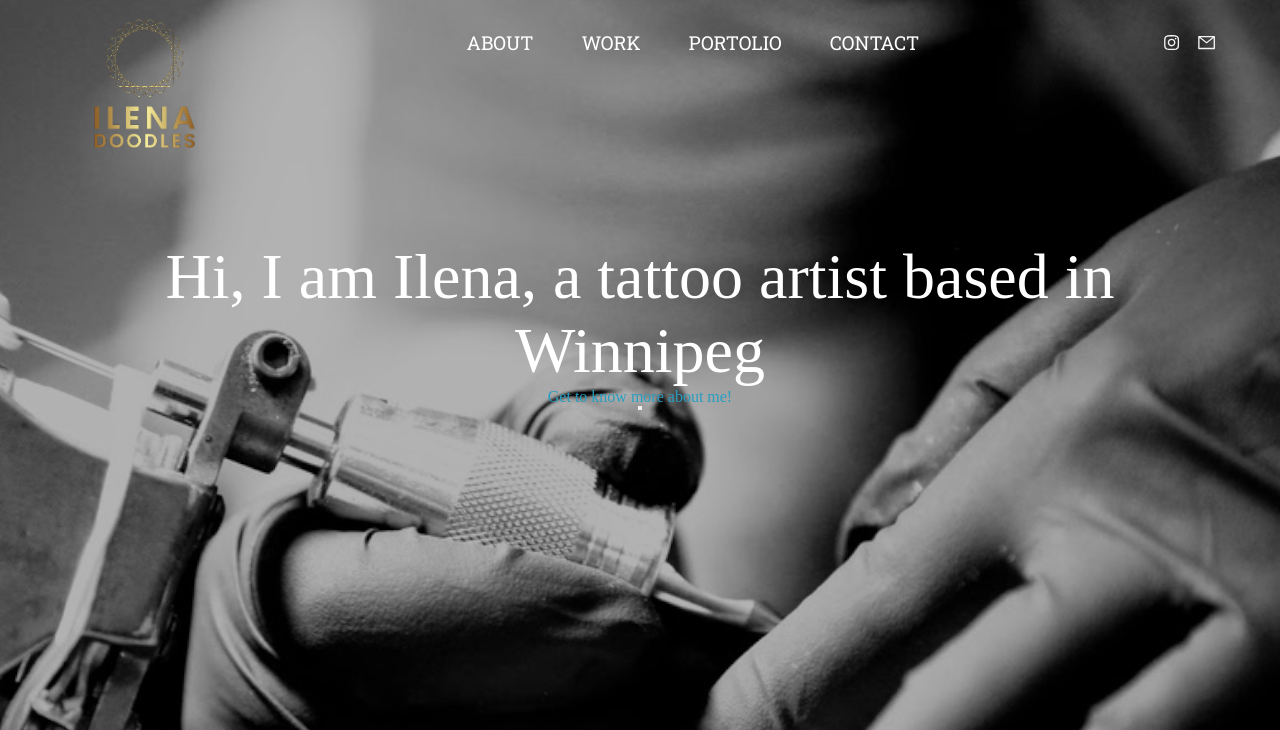
Repository: Leoka2000/Ilena
Page: /
An editor plug-in stored every save of this project. The page is shown before and after a run of saves, followed by the edit.
The browser window is 1280 px wide. The pictures show the whole page.
Some web fonts or font styles are not loaded; a fallback is used. The project was rebuilt for these pictures with package versions that can differ from the ones it lists, and the page was loaded fresh each time. Also part of the build but not shown: src/App.css.

Above is the page before, as saved 2023-03-02 11:17:49.

### public/index.html
<!DOCTYPE html>
<html lang="en">
  <head>
    <meta charset="utf-8" />
    <link rel="icon" href="%PUBLIC_URL%/favicon.ico" />
    <meta name="viewport" content="width=device-width, initial-scale=1" />
    <meta name="theme-color" content="#000000" />
    <meta
      name="description"
      content="Web site created using create-react-app"
    />
    <link rel="apple-touch-icon" href="%PUBLIC_URL%/logo192.png" />
    <!--
      manifest.json provides metadata used when your web app is installed on a
      user's mobile device or desktop. See https://developers.google.com/web/fundamentals/web-app-manifest/
    -->

    <!-- Gloock -->
    <link rel="preconnect" href="https://fonts.googleapis.com">
<link rel="preconnect" href="https://fonts.gstatic.com" crossorigin>
<link href="https://fonts.googleapis.com/css2?family=Fira+Sans+Extra+Condensed:wght@300&family=Inter:wght@300;400;500;600;700&family=Roboto+Condensed:wght@300&family=Roboto+Slab:wght@400;500;600&display=swap" rel="stylesheet">
    <!-- Gloock -->
    <!-- FONT MULISH -->
    <link rel="preconnect" href="https://fonts.googleapis.com">
<link rel="preconnect" href="https://fonts.gstatic.com" crossorigin>
<link href="https://fonts.googleapis.com/css2?family=Fira+Sans+Extra+Condensed:wght@300&family=Inter:wght@300;400;500;600;700&family=Roboto+Condensed:wght@300&family=Roboto+Slab:wght@400;500;600&display=swap" rel="stylesheet">
    <!-- FONT MULISH -->
    <link rel="manifest" href="%PUBLIC_URL%/manifest.json" />
    <!--
      Notice the use of %PUBLIC_URL% in the tags above.
      It will be replaced with the URL of the `public` folder during the build.
      Only files inside the `public` folder can be referenced from the HTML.

      Unlike "/favicon.ico" or "favicon.ico", "%PUBLIC_URL%/favicon.ico" will
      work correctly both with client-side routing and a non-root public URL.
      Learn how to configure a non-root public URL by running `npm run build`.
    -->
    <title>React App</title>
  </head>
  <body>
    <noscript>You need to enable JavaScript to run this app.</noscript>
    <div id="root"></div>
    <!--
      This HTML file is a template.
      If you open it directly in the browser, you will see an empty page.

      You can add webfonts, meta tags, or analytics to this file.
      The build step will place the bundled scripts into the <body> tag.

      To begin the development, run `npm start` or `yarn start`.
      To create a production bundle, use `npm run build` or `yarn build`.
    -->
  </body>
</html>

### src/App.js
import Home from './pages/home/home'
import './App.css';
import Navbar from './components/navbar';

function App() {
  return (
    <>
      <Navbar/>
    <Home/>
    </>
  );
}

export default App;

### src/pages/home/home.js
import React from 'react'
import Hero from '../hero/hero'


const home = () => {
  return (
    <>
      <Hero/>
    </>
  )
}

export default home

### src/components/navbar.jsx
import React, { useRef, useState } from 'react'
import './navbar.css'
import { AiOutlineInstagram } from 'react-icons/ai'
import { AiOutlineMail } from 'react-icons/ai'
import Logo from '../assets/brand/logo.png'
import { FaBars } from 'react-icons/fa'
import { FaTimes } from 'react-icons/fa'
import { Link } from 'react-scroll'

const Navbar = () => {
  const navRef = useRef();

  const showNavbar = () => {
    navRef.current.classList.toggle("responsive_nav");
  };

  return (
    <div className='navbar-renderer'>
      <nav ref={navRef}>
        <img src={Logo} />
        <ul>
          <li><Link onClick={showNavbar} spy={true} smooth={true} offset={100} duration={500}>ABOUT</Link></li>
          <li><Link onClick={showNavbar} spy={true} smooth={true} offset={100} duration={500}>WORK</Link></li>
          <li><Link onClick={showNavbar} spy={true} smooth={true} offset={100} duration={500}>PORTOLIO</Link></li>
          <li><Link onClick={showNavbar} spy={true} smooth={true} offset={100} duration={500}>CONTACT</Link></li>
        </ul>
        <div className='navbar-icons-wrapper'>
          <a><AiOutlineInstagram /></a>
          <a><AiOutlineMail /></a>
        </div>
        <button
          className="close"
          onClick={showNavbar}>
          <FaTimes />
        </button>
      </nav>

      <button onClick={showNavbar} className='bars-button'>
        <FaBars className='bars' />
      </button>
    </div>
  )
}

export default Navbar

### src/pages/hero/hero.js
import React from 'react'
import './hero.css'

const hero = () => {
  return (
    <section className='hero-section'>
      <h1>Hi, I am Ilena, a tattoo artist based in Winnipeg</h1>
      <p>Get to know more about me!</p>
      <button></button>
    </section>
  )
}

export default hero

### src/components/navbar.css
.navbar-renderer {
    display: flex;
    justify-content: center;
    position: fixed;
    width: 100%;
    z-index: 1;
}
nav {
    display: flex;
    height: 85px;
background-color: transparent;
justify-content: space-between;
align-items: center;
width: 90%;
font-family: 'Fira Sans Extra Condensed', sans-serif;
font-family: 'Inter', sans-serif;
font-family: 'Roboto Condensed', sans-serif;
font-family: 'Roboto Slab', serif;

}
nav > img {
width: 10rem;
height: 10rem;
margin-top: 5rem;
}

nav > ul {
    display: flex;
    gap: 3rem;
    font-size: 1.2rem;
    color: white;
}
nav > ul > li:hover {
    color: rgb(133, 113, 0);
}
nav > ul > li {
   list-style: none;
   cursor: pointer;
   transition: 0.5s;

}
.navbar-icons-wrapper {
    display: flex;
    color: whitesmoke;
    font-size: 1.2rem;
    gap: 1rem;

}
.navbar-icons-wrapper > a > svg {
    transition: 0.4s;
}
.navbar-icons-wrapper > a > svg:hover {
    cursor: pointer;
    color: rgb(133, 113, 0);
}
.bars-button {
    position: fixed;
    right: 10rem;
    font-size: 2rem;
    background-color: transparent;
    outline: none;
    border: none;
    cursor: pointer;
    display: none;
}
.close {
    display: none;
}
@media only screen and (max-width: 1024px) {
    .bars-button {
        position: fixed;
        right: 1.5em;
        top: 1.5rem;
        font-size: 2rem;
        background-color: transparent;
        outline: none;
        border: none;
        cursor: pointer;
        display: flex;
    }
    .close {
        position: absolute;
		top: 1.5rem;
		right: 1.5rem;
        color: rgb(0, 0, 0);
        background: transparent;
	border: none;
	outline: none;
    display: flex;
    font-size: 1.7rem;
    cursor: pointer;
     }
    .responsive_nav{
		transform: none;
        display: flex;
        justify-content: flex-start;
		width: 100%;


	}
	nav {
        position: fixed;
		top: 0rem;
		left: 0rem;
		height: 100%;
		width: 100%;
		display: flex;
		flex-direction: column;
		align-items: center;
		justify-content: flex-start;
		gap: 2rem;
        text-align: center;
		padding-top: 5rem;
		transition: 0.8s;
		transform: translateY(-200vh);
        color: #677294;
		/* IMPORTANTE */
		background-color: rgb(206, 206, 206);
        z-index: 50;
	/* aqui que a magica acontece, esse é mt importante */
	}
}

### src/pages/hero/hero.css
.hero-section {
  position: relative;
  padding: 15rem 0 20rem 0;
  background-image: url('../../assets/brand/hero-img.png');
  object-fit: contain;
  background-position: top;
  background-attachment: scroll;
  z-index: -1;
  display: flex;
  justify-content: center;
  flex-direction: column;
  align-items: center;
  text-align: center;
  color: white;
}

.hero-section::before {
  content: "";
  position: absolute;
  top: 0;
  left: 0;
  width: 100%;
  height: 100%;
  background-color: rgba(0, 0, 0, 0.3); /* adjust the opacity as needed */
  filter: brightness(0.7); /* apply the filter to the overlay */
  z-index: -1;
}

.hero-section > h1 {
  font-family: 'Gloock', serif;
  font-size: 4rem;
  width: 80%;
  filter: brightness(100%);
  color: rgb(255, 255, 255);
}

.hero-section > p {
  color: rgb(38, 158, 194);
}

Loaded but not shown: src/index.js (common file); src/index.css (common file)

After the next 2 saves:
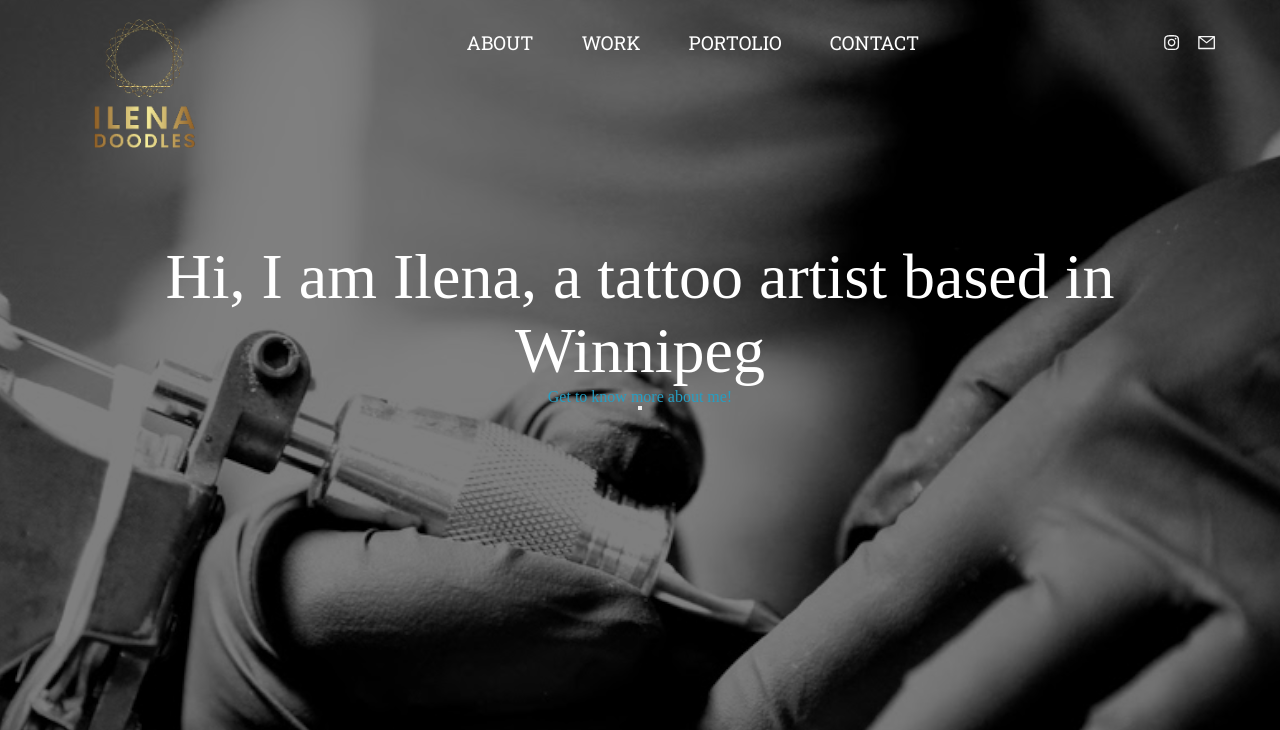
The 2 saves are shown as one change because they came seconds apart.
The last was saved 16 s later.
--- a/src/pages/hero/hero.css
+++ b/src/pages/hero/hero.css
@@ -21,7 +21,7 @@
   left: 0;
   width: 100%;
   height: 100%;
-  background-color: rgba(0, 0, 0, 0.3); /* adjust the opacity as needed */
+  background-color: rgba(0, 0, 0, 0.5); /* adjust the opacity as needed */
   filter: brightness(0.7); /* apply the filter to the overlay */
   z-index: -1;
 }
